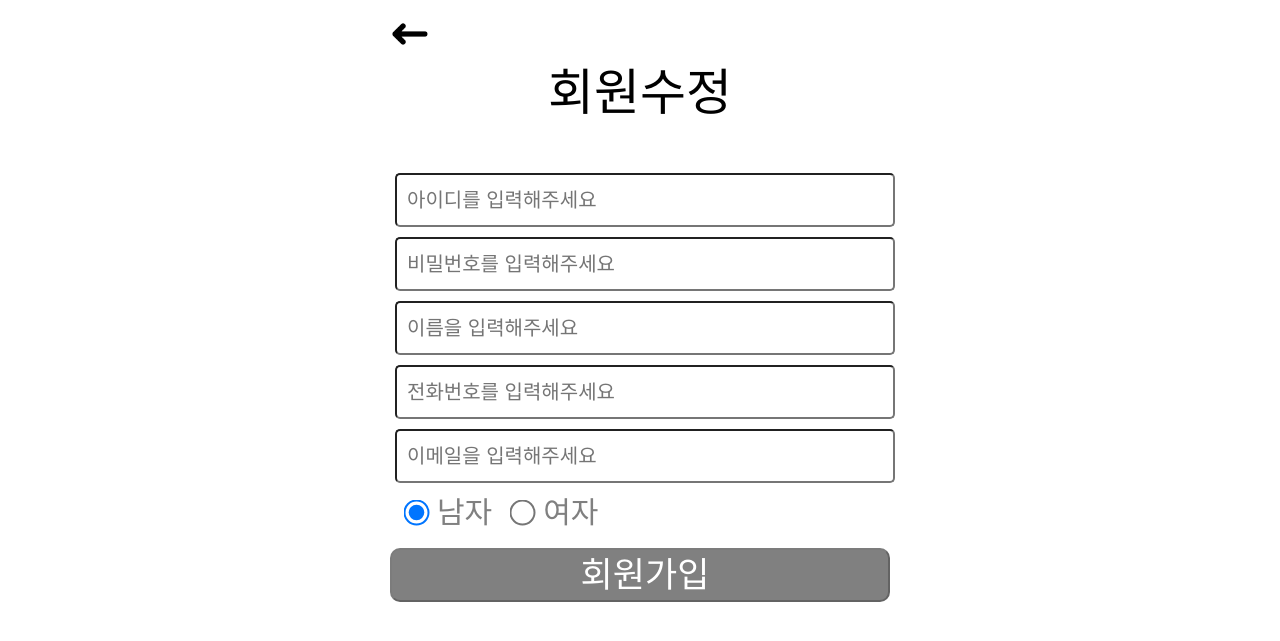
Repository: jaehunjeong4103/WebProject
Page: http://localhost/Web/view/member/update
The author's editor kept a copy of each file at every save. The page is drawn from the files as they stood at one save, then again after the next save.
The browser window is 1280 px wide. The pictures show the whole page.
Some web fonts or font styles are not loaded; a fallback is used. The page is served by Tomcat 9.

Above is the page before, as saved 2023-06-05 09:00:28.

After the next save:
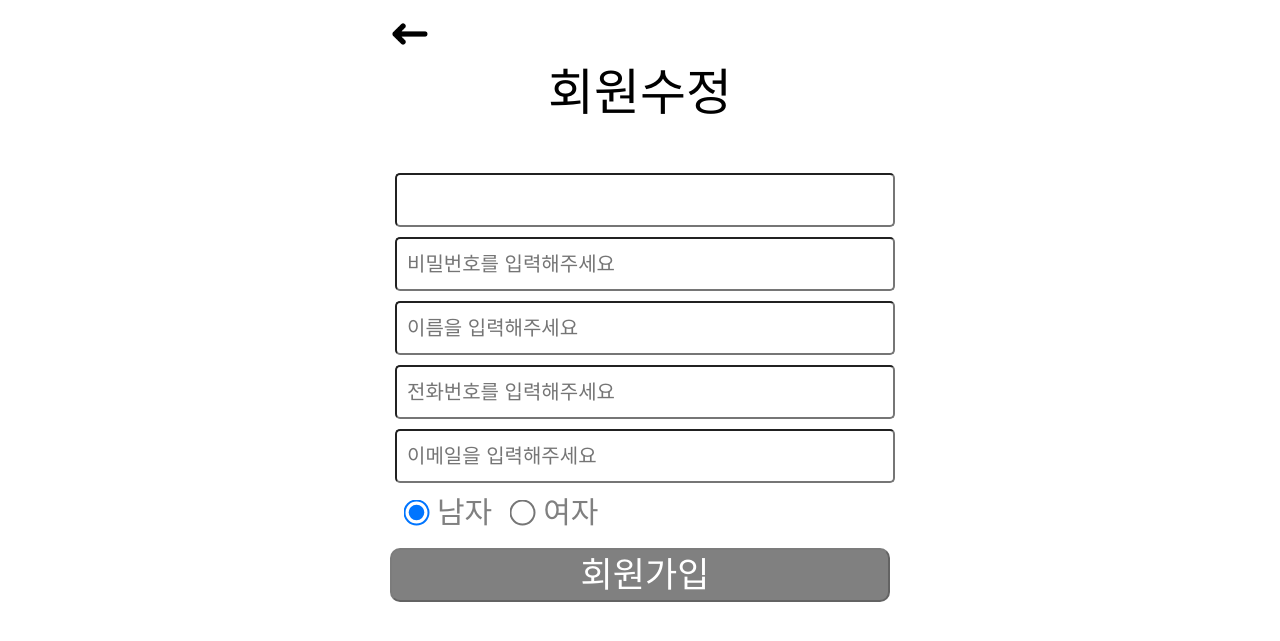
Saved 2 min 58 s later.
--- a/Web/src/main/webapp/WEB-INF/view/member/update.jsp
+++ b/Web/src/main/webapp/WEB-INF/view/member/update.jsp
@@ -21,7 +21,7 @@
 		</header>
 		<form action="register" method="post">
 			<section>
-				<input type="text" placeholder="아이디를 입력해주세요" class="input_text id" name="ID" value="${member.id}">
+				<input type="text"  class="input_text id" name="ID" value="${member.id}">
 			  </input>
 				<input type="text" placeholder="비밀번호를 입력해주세요" class="input_text password" name="PASSWORD" value="${member.password}">
 			  <input type="text" placeholder="이름을 입력해주세요" class="input_text name" name="NAME" value="${member.name}">
